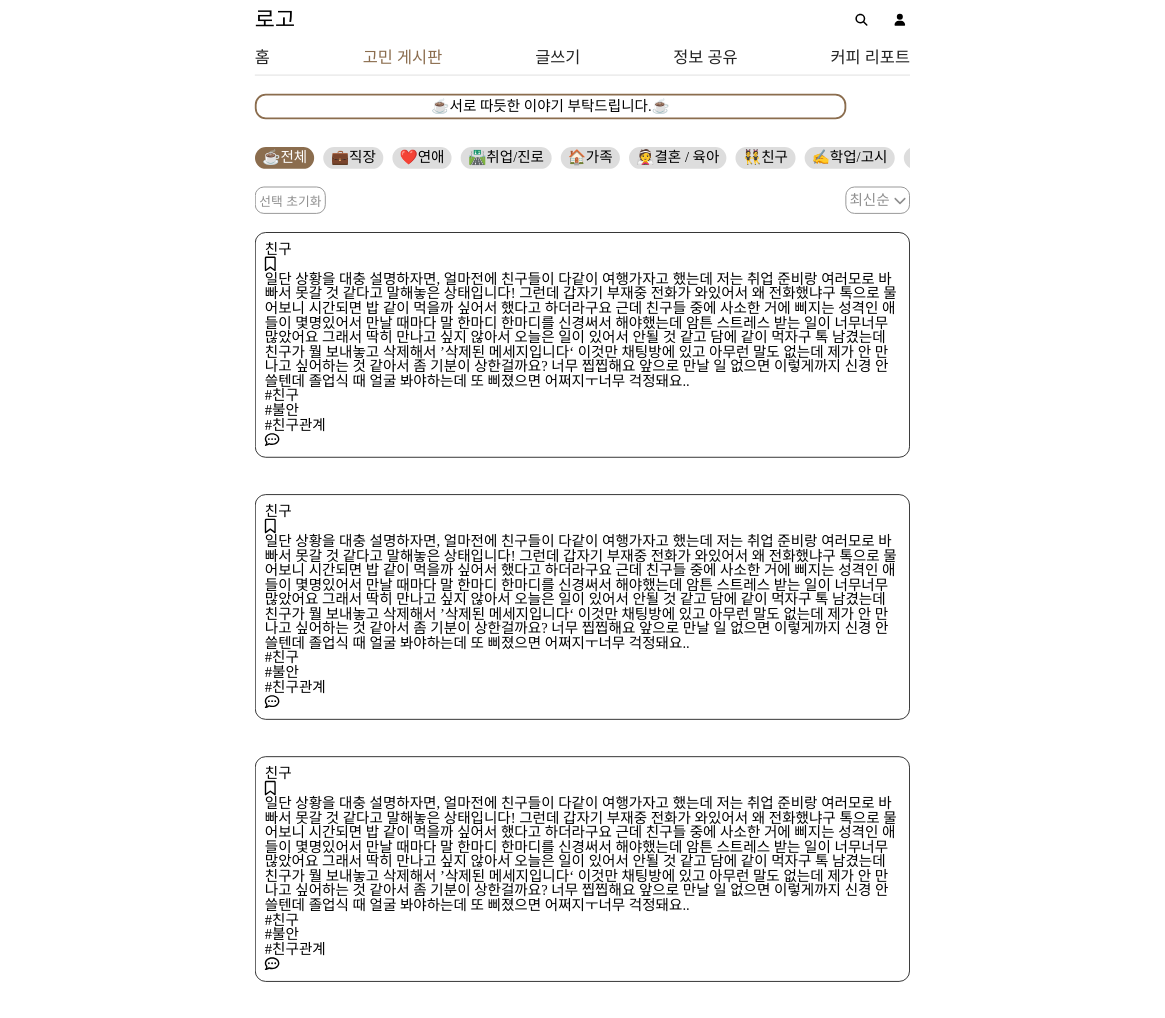
Repository: zlazlazla35/coffee
Page: /list
An editor plug-in stored every save of this project. The page is shown before and after the next save, followed by the edit.
The browser window is 1280 px wide. The pictures show the whole page, at 91% of full size.
Some web fonts or font styles are not loaded; a fallback is used. The project was rebuilt for these pictures with package versions that can differ from the ones it lists, and the page was loaded fresh each time. The framework's server and built-in components were replaced by stand-ins that run in the browser. Also part of the build but not shown: next.config.mjs.

Above is the page before, as saved 2024-12-26 21:10:18.

### src/app/layout.js
import { Geist, Geist_Mono } from "next/font/google";
import "./globals.css";
import Link from "next/link";
import { FontAwesomeIcon } from '@fortawesome/react-fontawesome'
import { faMagnifyingGlass, faUser } from '@fortawesome/free-solid-svg-icons'
import NavMenu from "./component/NavMenu";

const geistSans = Geist({
  variable: "--font-geist-sans",
  subsets: ["latin"],
});

const geistMono = Geist_Mono({
  variable: "--font-geist-mono",
  subsets: ["latin"],
});

export const metadata = {
  title: "Create Next App",
  description: "Generated by create next app",
};

export default function RootLayout({ children }) {
  return (
    <html lang="en">
      <body className={`${geistSans.variable} ${geistMono.variable}`}>
        <div className="nav_bar">
          <div className="nav_bar_top">
            <Link className="logo" href={'/'}>로고</Link>
            <div className="userBox">
              <button>
                <FontAwesomeIcon icon={faMagnifyingGlass} />
              </button>
              <button>
                <FontAwesomeIcon icon={faUser} />
              </button>
            </div>
          </div>
          <div className="nav_bar_bottom">
          <NavMenu></NavMenu>
          </div>
        </div>
        {children}
      </body>
    </html>
  );
}

### src/app/list/page.js
'use client'
import { useEffect, useRef, useState } from "react"
import { FontAwesomeIcon } from '@fortawesome/react-fontawesome'
import { faChevronDown, } from '@fortawesome/free-solid-svg-icons'
import { faBookmark, faCommentDots } from '@fortawesome/free-regular-svg-icons'


export default function List() {
    let [tagList, setTagList] = useState(['☕전체', '💼직장', '❤️연애', '🛣️취업/진로', '🏠가족', '👰결혼 / 육아', '👯친구', '✍️학업/고시', '🚫중독', '💰사업 / 금전', '💉질병 / 질환']);
    let [tagActive, setTagActive] = useState([true, false, false, false, false, false, false, false, false, false, false]);
    let [selectList, setSelectList] = useState(['최신순', '오랜된순', '인기순'])
    let [userSelect, setUserSelect] = useState('최신순')
    const userMenu = useRef();
    const [isOpen, setIsOpen] = useState(false);



    const modalCloseHandler = ({ target }) => {
        if (isOpen && !userMenu.current.contains(target)) setIsOpen(false);
    };

    useEffect(() => {
        window.addEventListener('click', modalCloseHandler);
        return () => {
            window.removeEventListener('click', modalCloseHandler);
        };
    });





    return (
        <div className="liset_page">
            <div className="top_border">
                ☕서로 따듯한 이야기 부탁드립니다.☕
            </div>
            <div className="tag">
                <ul className="tag_list">
                    {
                        tagList.map((item, i) => {

                            return (
                                <li className={tagActive[i] == true ? 'on' : null} key={i} onClick={(e) => {
                                    let copy = [...tagActive];

                                    if (copy[i] == false) {
                                        copy[i] = true;
                                        setTagActive(copy);
                                    } else {
                                        copy[i] = false;
                                        setTagActive(copy);
                                    }

                                    if (e.target.innerHTML !== '☕전체') {
                                        copy[0] = false;
                                        setTagActive(copy);
                                    } else {
                                        let copy2 = [true, false, false, false, false, false, false, false, false, false, false];
                                        setTagActive(copy2);
                                    }
                                }} >{item}</li>
                            )
                        })
                    }
                </ul>
            </div>
            <div className="filterBox">
                <button className="tag_reset" onClick={() => {
                    let copy2 = [true, false, false, false, false, false, false, false, false, false, false];
                    setTagActive(copy2);
                }}>선택 초기화</button>
                <div className="filterSelectBox" ref={userMenu} onClick={() => {
                    setIsOpen(!isOpen)
                }}>
                    <h2 className="title">{userSelect}<FontAwesomeIcon icon={faChevronDown} /></h2>
                    {
                        isOpen ?
                            <ul className="filterSelect">
                                {
                                    selectList.map((item, i) => {
                                        return (
                                            <li key={i} onClick={(e) => {
                                                setUserSelect(e.target.innerHTML);
                                            }}>{item}</li>
                                        )
                                    })
                                }
                            </ul>
                            :
                            null
                    }
                </div>
            </div>
            <div className="list_card">
                <div className="list_card_top">
                    <span className="title">친구</span>
                    <div>
                        <FontAwesomeIcon icon={faBookmark} />
                    </div>
                </div>
                <div className="userText">
                    일단 상황을 대충 설명하자면, 얼마전에 친구들이 다같이 여행가자고 했는데 저는 취업 준비랑 여러모로 바빠서 못갈 것 같다고 말해놓은 상태입니다!
                    그런데 갑자기 부재중 전화가 와있어서 왜 전화했냐구 톡으로 물어보니 시간되면 밥 같이 먹을까 싶어서 했다고 하더라구요
                    근데 친구들 중에 사소한 거에 삐지는 성격인 애들이 몇명있어서 만날 때마다 말 한마디 한마디를 신경써서 해야했는데 암튼 스트레스 받는 일이 너무너무 많았어요
                    그래서 딱히 만나고 싶지 않아서 오늘은 일이 있어서 안될 것 같고 담에 같이 먹자구 톡 남겼는데
                    친구가 뭘 보내놓고 삭제해서 ’삭제된 메세지입니다‘ 이것만 채팅방에 있고 아무런 말도 없는데
                    제가 안 만나고 싶어하는 것 같아서 좀 기분이 상한걸까요?
                    너무 찝찝해요 앞으로 만날 일 없으면 이렇게까지 신경 안 쓸텐데
                    졸업식 때 얼굴 봐야하는데 또 삐졌으면 어쩌지ㅜ너무 걱정돼요..
                </div>
                <div className="list_card_bottom">
                    <ul className="tag">
                        <li>#친구</li>
                        <li>#불안</li>
                        <li>#친구관계</li>
                    </ul>
                    <div className="comment">
                        <FontAwesomeIcon icon={faCommentDots} />
                    </div>
                </div>
            </div>
            <div className="list_card">
                <div className="list_card_top">
                    <span className="title">친구</span>
                    <div>
                        <FontAwesomeIcon icon={faBookmark} />
                    </div>
                </div>
                <div className="userText">
                    일단 상황을 대충 설명하자면, 얼마전에 친구들이 다같이 여행가자고 했는데 저는 취업 준비랑 여러모로 바빠서 못갈 것 같다고 말해놓은 상태입니다!
                    그런데 갑자기 부재중 전화가 와있어서 왜 전화했냐구 톡으로 물어보니 시간되면 밥 같이 먹을까 싶어서 했다고 하더라구요
                    근데 친구들 중에 사소한 거에 삐지는 성격인 애들이 몇명있어서 만날 때마다 말 한마디 한마디를 신경써서 해야했는데 암튼 스트레스 받는 일이 너무너무 많았어요
                    그래서 딱히 만나고 싶지 않아서 오늘은 일이 있어서 안될 것 같고 담에 같이 먹자구 톡 남겼는데
                    친구가 뭘 보내놓고 삭제해서 ’삭제된 메세지입니다‘ 이것만 채팅방에 있고 아무런 말도 없는데
                    제가 안 만나고 싶어하는 것 같아서 좀 기분이 상한걸까요?
                    너무 찝찝해요 앞으로 만날 일 없으면 이렇게까지 신경 안 쓸텐데
                    졸업식 때 얼굴 봐야하는데 또 삐졌으면 어쩌지ㅜ너무 걱정돼요..
                </div>
                <div className="list_card_bottom">
                    <ul className="tag">
                        <li>#친구</li>
                        <li>#불안</li>
                        <li>#친구관계</li>
                    </ul>
                    <div className="comment">
                        <FontAwesomeIcon icon={faCommentDots} />
                    </div>
                </div>
            </div>
            <div className="list_card">
                <div className="list_card_top">
                    <span className="title">친구</span>
                    <div>
                        <FontAwesomeIcon icon={faBookmark} />
                    </div>
                </div>
                <div className="userText">
                    일단 상황을 대충 설명하자면, 얼마전에 친구들이 다같이 여행가자고 했는데 저는 취업 준비랑 여러모로 바빠서 못갈 것 같다고 말해놓은 상태입니다!
                    그런데 갑자기 부재중 전화가 와있어서 왜 전화했냐구 톡으로 물어보니 시간되면 밥 같이 먹을까 싶어서 했다고 하더라구요
                    근데 친구들 중에 사소한 거에 삐지는 성격인 애들이 몇명있어서 만날 때마다 말 한마디 한마디를 신경써서 해야했는데 암튼 스트레스 받는 일이 너무너무 많았어요
                    그래서 딱히 만나고 싶지 않아서 오늘은 일이 있어서 안될 것 같고 담에 같이 먹자구 톡 남겼는데
                    친구가 뭘 보내놓고 삭제해서 ’삭제된 메세지입니다‘ 이것만 채팅방에 있고 아무런 말도 없는데
                    제가 안 만나고 싶어하는 것 같아서 좀 기분이 상한걸까요?
                    너무 찝찝해요 앞으로 만날 일 없으면 이렇게까지 신경 안 쓸텐데
                    졸업식 때 얼굴 봐야하는데 또 삐졌으면 어쩌지ㅜ너무 걱정돼요..
                </div>
                <div className="list_card_bottom">
                    <ul className="tag">
                        <li>#친구</li>
                        <li>#불안</li>
                        <li>#친구관계</li>
                    </ul>
                    <div className="comment">
                        <FontAwesomeIcon icon={faCommentDots} />
                    </div>
                </div>
            </div>
        </div>
    )
}

### src/app/globals.css
@font-face {
    font-family: 'Ownglyph_StudyHard-Rg';
    src: url('https://fastly.jsdelivr.net/gh/projectnoonnu/2411-3@1.0/Ownglyph_StudyHard-Rg.woff2') format('woff2');
    font-weight: normal;
    font-style: normal;
}
/* /styles/reset.css */
body {font-family: 'Ownglyph_StudyHard-Rg' !important;}
html, body, div, span, applet, object, iframe,
h1, h2, h3, h4, h5, h6, p, blockquote, pre,
a, abbr, acronym, address, big, cite, code,
del, dfn, em, img, ins, kbd, q, s, samp,
small, strike, strong, sub, sup, tt, var,
b, u, i, center,
dl, dt, dd, ol, ul, li,
fieldset, form, label, legend,
table, caption, tbody, tfoot, thead, tr, th, td,
article, aside, canvas, details, embed,
figure, figcaption, footer, header, hgroup,
menu, nav, output, ruby, section, summary,
time, mark, audio, video {
	margin: 0;
	padding: 0;
	border: 0;
	font-size: 100%;
	font: inherit;
	vertical-align: baseline;
}
/* HTML5 display-role reset for older browsers */
article, aside, details, figcaption, figure,
footer, header, hgroup, menu, nav, section {
	display: block;
}
body {
	line-height: 1;
}
ol, ul {
	list-style: none;
}
blockquote, q {
	quotes: none;
}
blockquote:before, blockquote:after,
q:before, q:after {
	content: '';
	content: none;
}
table {
	border-collapse: collapse;
	border-spacing: 0;
}
input:focus {outline: none;}
a {text-decoration: none; color: inherit;}


.nav_bar {width: 100%; max-width: 720px; margin: 0 auto;}
.nav_bar .nav_bar_top {width: 100%; display: flex; align-items: center; justify-content: space-between; box-sizing: border-box; padding: 10px 0; }
.nav_bar .nav_bar_top .logo {font-size: 24px; }
.nav_bar .nav_bar_top .userBox {display: flex; align-items: center;}
.nav_bar .nav_bar_top .userBox button {width: 22px; display: block; background: none; border: none; padding: 0;}
.nav_bar .nav_bar_top .userBox button {margin-right: 20px;}
.nav_bar .nav_bar_top .userBox button:last-child {margin-right: 0;}
.nav_bar .nav_bar_bottom {width: 100%; }
.nav_bar .nav_bar_bottom .nav_list {display: flex; align-items: center; justify-content: space-between; box-sizing: border-box; padding: 10px 0; border-bottom: 1px solid #ddd;}
.nav_bar .nav_bar_bottom .nav_list li { font-size: 18px; color: #232323; }
.nav_bar .nav_bar_bottom .nav_list li a.active {color: #8b6d4e; }


.liset_page {width: 100%; max-width: 720px; margin: 0 auto;}
.liset_page .top_border {width: 100%; max-width: 650px; border: 2px solid #8b6d4e; border-radius: 12px; display: flex; align-items: center; justify-content: center; font-size: 16px; box-sizing: border-box; padding: 4px; margin: 20px 0 30px;}
.liset_page .tag {width: 100%;}
.liset_page .tag .tag_list {width: 100%; display: flex; align-items: center; white-space: nowrap; overflow-x: scroll;}
.liset_page .tag .tag_list::-webkit-scrollbar {height: 8px;}
.liset_page .tag .tag_list::-webkit-scrollbar-thumb {background: #a89f96; border-radius: 10px; }
.liset_page .tag .tag_list::-webkit-scrollbar-track {background: rgba(123, 87, 8, 0.1); }
.liset_page .tag .tag_list li {background: #ddd; font-size: 16px; box-sizing: border-box; padding: 4px 8px; border-radius: 12px; margin-right: 10px; cursor: pointer;}
.liset_page .tag .tag_list li:last-child {margin-right: 0;}
.liset_page .tag .tag_list li.on {background: #8b6d4e; color: #fff;}
.liset_page .filterBox {width: 100%; display: flex; align-items: center; justify-content: space-between;}
.liset_page .filterBox .filterSelectBox {display: flex; position: relative; border: 1px solid #8f8f8f; border-radius: 10px; width: 100%; max-width: 69px; height: 28px; align-items: center; justify-content: center; margin: 20px 0; cursor: pointer;}
.liset_page .filterBox .filterSelectBox .title {font-size: 16px; color: #8f8f8f;}
.liset_page .filterBox .filterSelectBox .title svg {font-size: 14px; margin-left: 4px;}
.liset_page .filterBox .filterSelectBox .filterSelect {position: absolute; left: 50%; top: 34px; width: 100%; transform: translateX(-50%); border-radius: 8px; overflow: hidden;}
.liset_page .filterBox .filterSelectBox .filterSelect {width: 100%; box-shadow: 2px 2px 12px rgba(0, 0, 0, 0.2);}
.liset_page .filterBox .filterSelectBox .filterSelect li {width: 100%; text-align: center; box-sizing: border-box; padding: 6px 0; border-bottom: 1px solid #ddd; font-size: 16px; color: #8f8f8f;}
.liset_page .filterBox .tag_reset{display: inline-block; box-sizing: border-box; padding: 4px; border: 1px solid #8f8f8f; background: none; color: #8f8f8f; font-size: 14px; border-radius: 10px;}


.liset_page .list_card {width: 100%; box-sizing: border-box; padding: 10px; border: 1px solid #232323; border-radius: 12px; margin-bottom: 40px;}

### src/app/component/NavMenu.js
'use client'

import Link from "next/link";
import { usePathname } from "next/navigation";

export default function NavMenu() {
    const pathname = usePathname();

    return (
        <ul className="nav_list">
            <li>
                <Link href={'/'}>홈</Link>
            </li>
            <li>
                <Link className={pathname == '/list'? 'active' : null} href={'/list'}>고민 게시판</Link>
            </li>
            <li>
                <Link className={pathname == '/writing'? 'active' : null} href={'/writing'}>글쓰기</Link>
            </li>
            <li>
                <Link className={pathname == '/share'? 'active' : null} href={'/share'}>정보 공유</Link>
            </li>
            <li>
                <Link className={pathname == '/report'? 'active' : null} href={'/report'}>커피 리포트</Link>
            </li>
        </ul>
    )
}

After the next save:
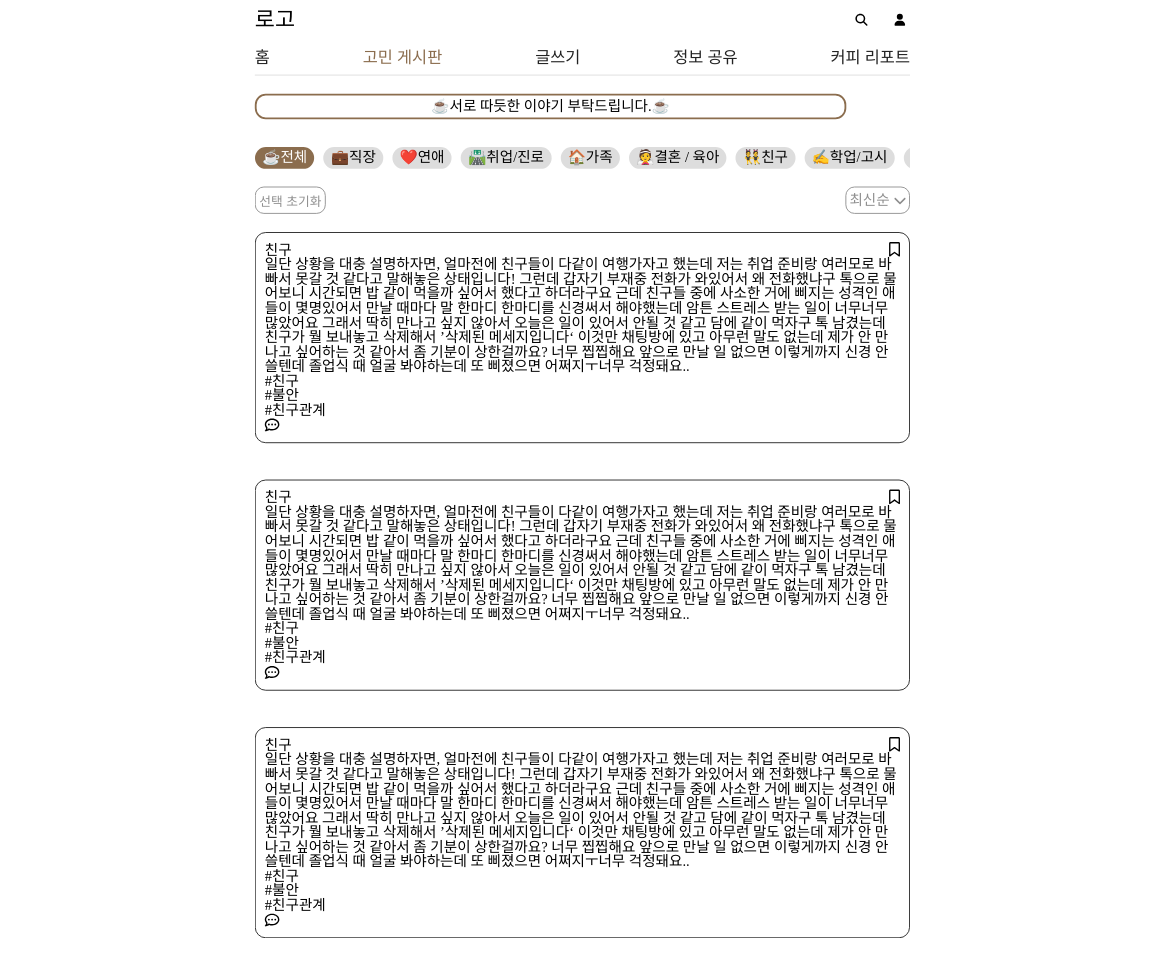
Saved 13 s later.
--- a/src/app/globals.css
+++ b/src/app/globals.css
@@ -87,3 +87,4 @@ a {text-decoration: none; color: inherit;}
 
 
 .liset_page .list_card {width: 100%; box-sizing: border-box; padding: 10px; border: 1px solid #232323; border-radius: 12px; margin-bottom: 40px;}
+.liset_page .list_card .list_card_top {width: 100%; display: flex; align-items: center; justify-content: space-between;}
